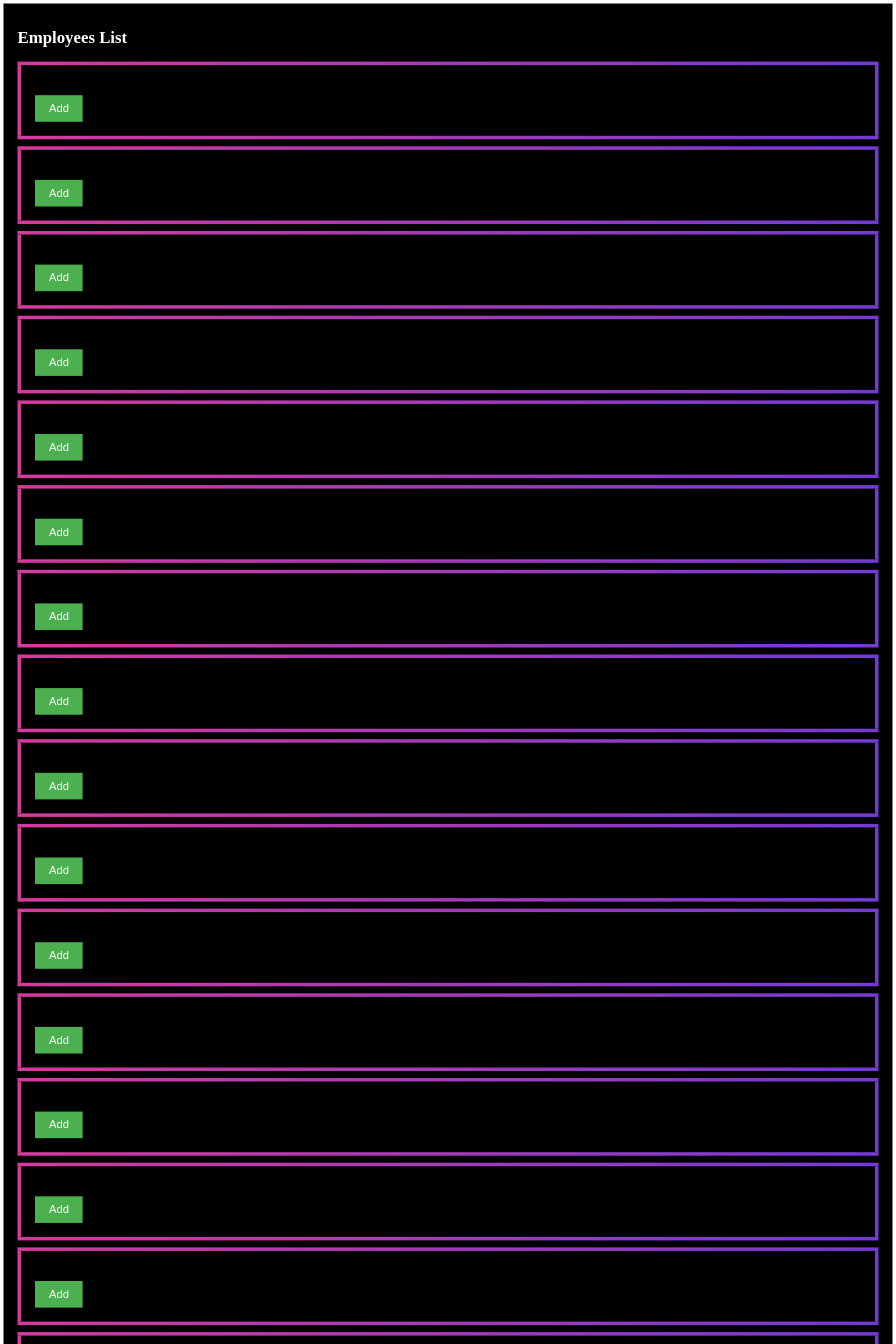
Repository: sriram1224/Teams-list
Page: /
These files come from the project's save history. The page is drawn as it stood at one moment and after the next save; the edit follows.
The browser window is 1280 px wide. The pictures show the part of the page from y = 0 to 1920 px (the page is 3014 px tall), at 70% of full size.
The project was rebuilt for these pictures with package versions that can differ from the ones it lists, and the page was loaded fresh each time.

Above is the page before, as saved 2024-03-26 21:56:23.

After the next save:
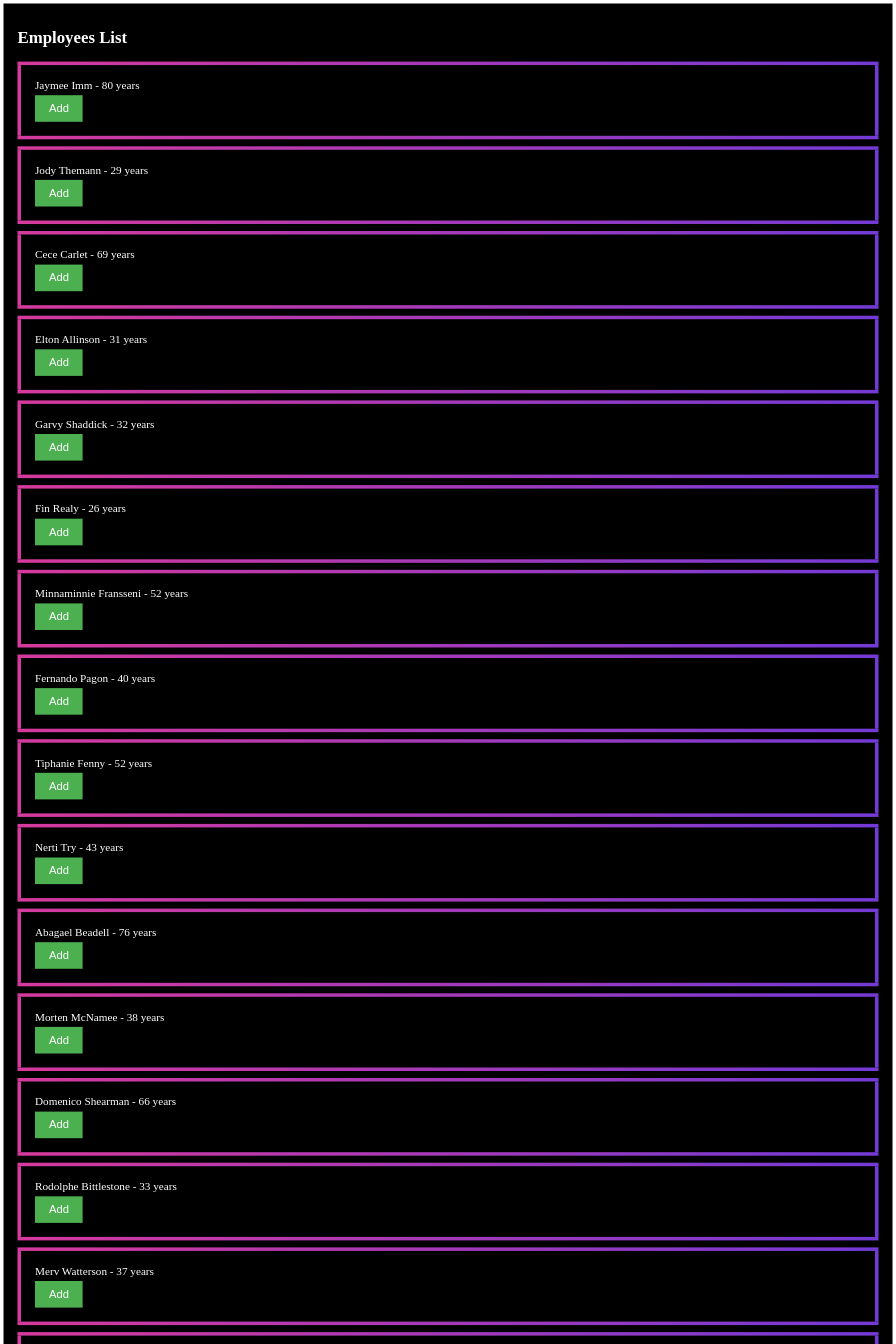
Saved 59 s later.
--- a/src/EmloyeesList.jsx
+++ b/src/EmloyeesList.jsx
@@ -7,7 +7,7 @@ const EmployeesList = ({ employees, dispatch }) => {
             <h1 className="header">Employees List</h1>
             {employees && employees.map(emp => (
                 <div key={emp.id} className="employee-item">
-                    <span className={emp.added ? "gray-text" : "black-text"}>
+                    <span className={emp.added ? "gray-text" : "white-text"}>
                         <p className="employee-info">{emp.first_name} {emp.last_name} - { emp.age} years</p>
                     </span>
                     {!emp.added && (
